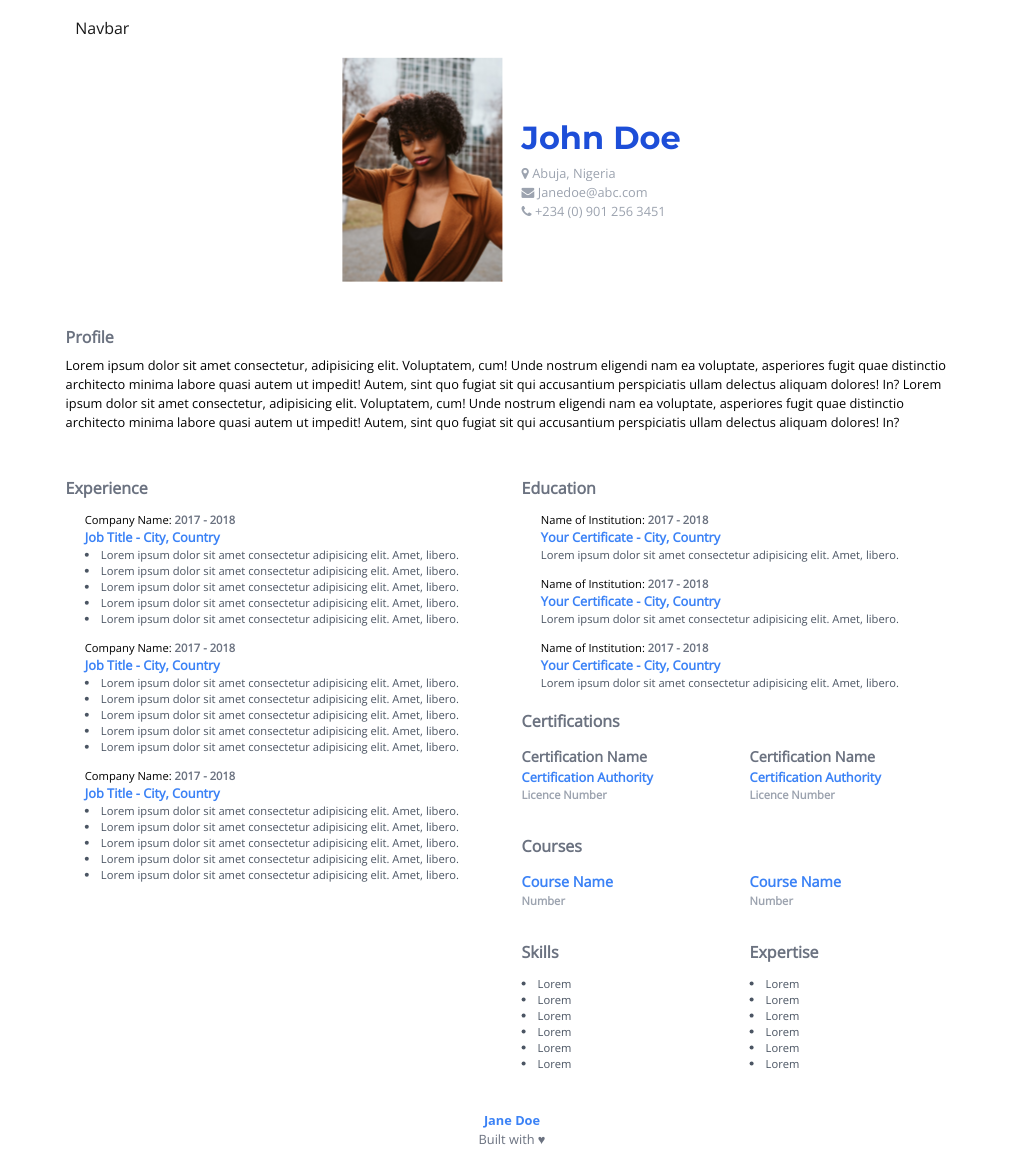
Repository: latenightsnacc/giggles
Page: HTML/CV.html
The author's editor kept a copy of each file at every save. The page is drawn from the files as they stood at one save, then again after the next save.
The browser window is 1280 px wide. The pictures show the whole page, at 80% of full size.
Some web libraries are served in a nearby version.

Above is the page before, as saved 2021-01-05 15:34:45.

### HTML/CV.html
<!DOCTYPE html>
<html lang="en">
<head>
    <meta charset="UTF-8">
    <meta name="viewport" content="width=device-width, initial-scale=1.0">
    <link href="https://cdnjs.cloudflare.com/ajax/libs/tailwindcss/2.0.2/tailwind.min.css" rel="stylesheet">
    <link rel="stylesheet" href="https://stackpath.bootstrapcdn.com/font-awesome/4.7.0/css/font-awesome.min.css" />
    <link href="https://cdn.jsdelivr.net/npm/bootstrap@5.0.0-beta1/dist/css/bootstrap.min.css" rel="stylesheet" integrity="sha384-giJF6kkoqNQ00vy+HMDP7azOuL0xtbfIcaT9wjKHr8RbDVddVHyTfAAsrekwKmP1" crossorigin="anonymous">
    <link rel="stylesheet" href="stylesheet.css">
    <title>CV Page</title>
</head>
<body class="overflow-x-hidden">
    <!--Navigation-->
    <header class="container">
        <nav class="navbar navbar-expand-lg navbar-light bg-white py-3">
            <div class="container-fluid">
              <a class="navbar-brand" href="search.html">Navbar</a>
              <button class="navbar-toggler" type="button" data-bs-toggle="collapse" data-bs-target="#navbarNavDropdown" aria-controls="navbarNavDropdown" aria-expanded="false" aria-label="Toggle navigation">
                <span class="navbar-toggler-icon"></span>
              </button>
              <div class="collapse navbar-collapse" id="navbarNavDropdown">

              </div>
            </div>
        </nav>
    </header>
    <main>
        <!--Basic Profile-->
        <div class="container">
            <div class="row flex items-center">
                <div class="col-xs-6 col-sm-6 col-md-6 col-lg-6 col-xl-6">
                    <div>
                        <img class="mx-auto md:float-right" src="assets/userDp.jpg" style="width:200px" alt="profile picture">
                    </div>
                </div>
                <div class="col-xs-6 col-sm-6 col-md-6 col-lg-6 col-xl-6">
                    <div class="flex flex-col justify-items-center  my-2 md:my-0 md:justify-items-start">
                        <h1 class="font-bold text-blue-700">John Doe</h1>
                        <li class="list-none text-gray-400">
                            <i class="fa fa-map-marker"></i>
                            Abuja, Nigeria
                        </li>
                        <li class="list-none text-gray-400">
                            <i class="fa fa-envelope"></i>
                            Janedoe@abc.com
                        </li>
                        <li class="list-none text-gray-400">
                            <i class="fa fa-phone"></i>
                            +234 (0) 901 256 3451
                        </li>
                    </div>
                </div>
            </div>
        </div>

        <div class="container my-5">
            <div class="text-gray-500 font-semibold text-xl py-2">Profile</div>
            <p class="text-md text-black">Lorem ipsum dolor sit amet consectetur, adipisicing elit. Voluptatem, cum! Unde nostrum eligendi nam ea voluptate, asperiores fugit quae distinctio architecto minima labore quasi autem ut impedit! Autem, sint quo fugiat sit qui accusantium perspiciatis ullam delectus aliquam dolores! In? Lorem ipsum dolor sit amet consectetur, adipisicing elit. Voluptatem, cum! Unde nostrum eligendi nam ea voluptate, asperiores fugit quae distinctio architecto minima labore quasi autem ut impedit! Autem, sint quo fugiat sit qui accusantium perspiciatis ullam delectus aliquam dolores! In?</p>
        </div>

        <div class="container my-5">
            <div class="row">
                <div class="col-xs-12 col-sm-12 col-md-12 col-lg-6 col-xl-6">
                    <div class="text-gray-500 font-semibold text-xl py-2">Experience</div>
                    <div class="container-sm my-2">
                        <div class="text-black text-sm">Company Name: <span class="text-gray-500 font-semibold">2017 - 2018</span></div>
                        <div class="font-bold text-md text-blue-500">Job Title - City, Country</div>
                        <li class="text-sm text-gray-600">Lorem ipsum dolor sit amet consectetur adipisicing elit. Amet, libero.</li>
                        <li class="text-sm text-gray-600">Lorem ipsum dolor sit amet consectetur adipisicing elit. Amet, libero.</li>
                        <li class="text-sm text-gray-600">Lorem ipsum dolor sit amet consectetur adipisicing elit. Amet, libero.</li>
                        <li class="text-sm text-gray-600">Lorem ipsum dolor sit amet consectetur adipisicing elit. Amet, libero.</li>
                        <li class="text-sm text-gray-600">Lorem ipsum dolor sit amet consectetur adipisicing elit. Amet, libero.</li>
                    </div>
                    <div class="container-sm my-3">
                        <div class="text-black text-sm">Company Name: <span class="text-gray-500 font-semibold">2017 - 2018</span></div>
                        <div class="font-bold text-md text-blue-500">Job Title - City, Country</div>
                        <li class="text-sm text-gray-600">Lorem ipsum dolor sit amet consectetur adipisicing elit. Amet, libero.</li>
                        <li class="text-sm text-gray-600">Lorem ipsum dolor sit amet consectetur adipisicing elit. Amet, libero.</li>
                        <li class="text-sm text-gray-600">Lorem ipsum dolor sit amet consectetur adipisicing elit. Amet, libero.</li>
                        <li class="text-sm text-gray-600">Lorem ipsum dolor sit amet consectetur adipisicing elit. Amet, libero.</li>
                        <li class="text-sm text-gray-600">Lorem ipsum dolor sit amet consectetur adipisicing elit. Amet, libero.</li>
                    </div>
                    <div class="container-sm my-3">
                        <div class="text-black text-sm">Company Name: <span class="text-gray-500 font-semibold">2017 - 2018</span></div>
                        <div class="font-bold text-md text-blue-500">Job Title - City, Country</div>
                        <li class="text-sm text-gray-600">Lorem ipsum dolor sit amet consectetur adipisicing elit. Amet, libero.</li>
                        <li class="text-sm text-gray-600">Lorem ipsum dolor sit amet consectetur adipisicing elit. Amet, libero.</li>
                        <li class="text-sm text-gray-600">Lorem ipsum dolor sit amet consectetur adipisicing elit. Amet, libero.</li>
                        <li class="text-sm text-gray-600">Lorem ipsum dolor sit amet consectetur adipisicing elit. Amet, libero.</li>
                        <li class="text-sm text-gray-600">Lorem ipsum dolor sit amet consectetur adipisicing elit. Amet, libero.</li>
                    </div>
                </div>
                <div class="col-xs-12 col-sm-12 col-md-12 col-lg-6 col-xl-6">
                    <div class="text-gray-500 font-semibold text-xl py-2">Education</div>
                    <div class="container-sm my-2">
                        <div class="text-black text-sm">Name of Institution: <span class="text-gray-500 font-semibold"> 2017 - 2018</span></div>
                        <div class="font-bold text-md text-blue-500">Your Certificate - City, Country</div>
                        <p class="text-sm text-gray-600">Lorem ipsum dolor sit amet consectetur adipisicing elit. Amet, libero.</p>
                    </div>
                    <div class="container-sm my-2">
                        <div class="text-black text-sm">Name of Institution: <span class="text-gray-500 font-semibold"> 2017 - 2018</span></div>
                        <div class="font-bold text-md text-blue-500">Your Certificate - City, Country</div>
                        <p class="text-sm text-gray-600">Lorem ipsum dolor sit amet consectetur adipisicing elit. Amet, libero.</p>
                    </div>
                    <div class="container-sm my-2">
                        <div class="text-black text-sm">Name of Institution: <span class="text-gray-500 font-semibold"> 2017 - 2018</span></div>
                        <div class="font-bold text-md text-blue-500">Your Certificate - City, Country</div>
                        <p class="text-sm text-gray-600">Lorem ipsum dolor sit amet consectetur adipisicing elit. Amet, libero.</p>
                    </div>
                    <div class="text-gray-500 font-semibold text-xl py-2 mt-3 mb-2">Certifications</div>
                    <div class="row">
                        <div class="col-xs-6 col-sm-6 col-md-6 col-lg-6 col-xl-6">
                            <div class="text-gray-500 font-semibold text-lg">Certification Name</div>
                            <div class="font-bold text-md text-blue-500">Certification Authority</div>
                            <p class="font-semibold text-sm text-gray-400">Licence Number</p>
                        </div>
                        <div class="col-xs-6 col-sm-6 col-md-6 col-lg-6 col-xl-6">
                            <div class="text-gray-500 font-semibold text-lg">Certification Name</div>
                            <div class="font-bold text-md text-blue-500">Certification Authority</div>
                            <p class="font-semibold text-sm text-gray-400">Licence Number</p>
                        </div>
                    </div>
                    <div class="text-gray-500 font-semibold text-xl py-2 mt-3 mb-2">Courses</div>
                    <div class="row">
                        <div class="col-xs-6 col-sm-6 col-md-6 col-lg-6 col-xl-6">
                            <div class="text-blue-500 font-semibold text-lg">Course Name</div>
                            <p class="font-semibold text-sm text-gray-400">Number</p>
                        </div>
                        <div class="col-xs-6 col-sm-6 col-md-6 col-lg-6 col-xl-6">
                            <div class="text-blue-500 font-semibold text-lg">Course Name</div>
                            <p class="font-semibold text-sm text-gray-400">Number</p>
                        </div>
                    </div>
                    <div class="row">
                        <div class="col-xs-6 col-sm-6 col-md-6 col-lg-6 col-xl-6">
                            <div class="text-gray-500 font-semibold text-xl py-2 mt-3 mb-2">Skills</div>
                            <li class="text-sm text-gray-600">Lorem</li>
                            <li class="text-sm text-gray-600">Lorem</li>
                            <li class="text-sm text-gray-600">Lorem</li>
                            <li class="text-sm text-gray-600">Lorem</li>
                            <li class="text-sm text-gray-600">Lorem</li>
                            <li class="text-sm text-gray-600">Lorem</li>

                        </div>
                        <div class="col-xs-6 col-sm-6 col-md-6 col-lg-6 col-xl-6">
                            <div class="text-gray-500 font-semibold text-xl py-2 mt-3 mb-2">Expertise</div>
                            <li class="text-sm text-gray-600">Lorem</li>
                            <li class="text-sm text-gray-600">Lorem</li>
                            <li class="text-sm text-gray-600">Lorem</li>
                            <li class="text-sm text-gray-600">Lorem</li>
                            <li class="text-sm text-gray-600">Lorem</li>
                            <li class="text-sm text-gray-600">Lorem</li>
                        </div>
                    </div>

                </div>
            </div>
        </div>
    </main>
    <footer class="text-center text-l text-blue-500 font-semibold">
        Jane Doe
        <p class="text-gray-500">Built with &hearts;</p>
    </footer>

    <script src="https://cdn.jsdelivr.net/npm/bootstrap@5.0.0-beta1/dist/js/bootstrap.bundle.min.js" integrity="sha384-ygbV9kiqUc6oa4msXn9868pTtWMgiQaeYH7/t7LECLbyPA2x65Kgf80OJFdroafW" crossorigin="anonymous"></script>

</body>
</html>

### HTML/stylesheet.css
@import url('https://fonts.googleapis.com/css2?family=Montserrat:wght@400;700&family=Open+Sans:wght@300;400&display=swap');

h1, h2, h3, h4, h5, h6 {
    font-family: 'Montserrat', sans-serif;
}
.user-info h1 {
    line-height: 60px;
    font-size: 50px;
    font-weight: 700;
    margin-top: 20px;
}
.user-info h2 {
    line-height: 27px;
    font-size: 18px;
    font-weight: 400;
    margin-top: 15px;
}
.user-info span {
    line-height: 36px;
    font-size: 30px;
    font-weight: 600;
}
.user-info p {
    margin: 5px 0;
}
.user-info button {
    margin-top: 10px;
}
p, div, a, button {
    font-family: 'Open Sans', sans-serif;
    font-weight: 300;
}

.work-experience .row:hover .text {
    border:2px solid  #3b82f6;

}
.work-experience .row:hover .flex .no {
    border:1px solid #3b82f6;

}
.nav-link {
    color: #3b82f6 !important;
}
.nav-item .active{
    font-weight: 600;
}

After the next save:
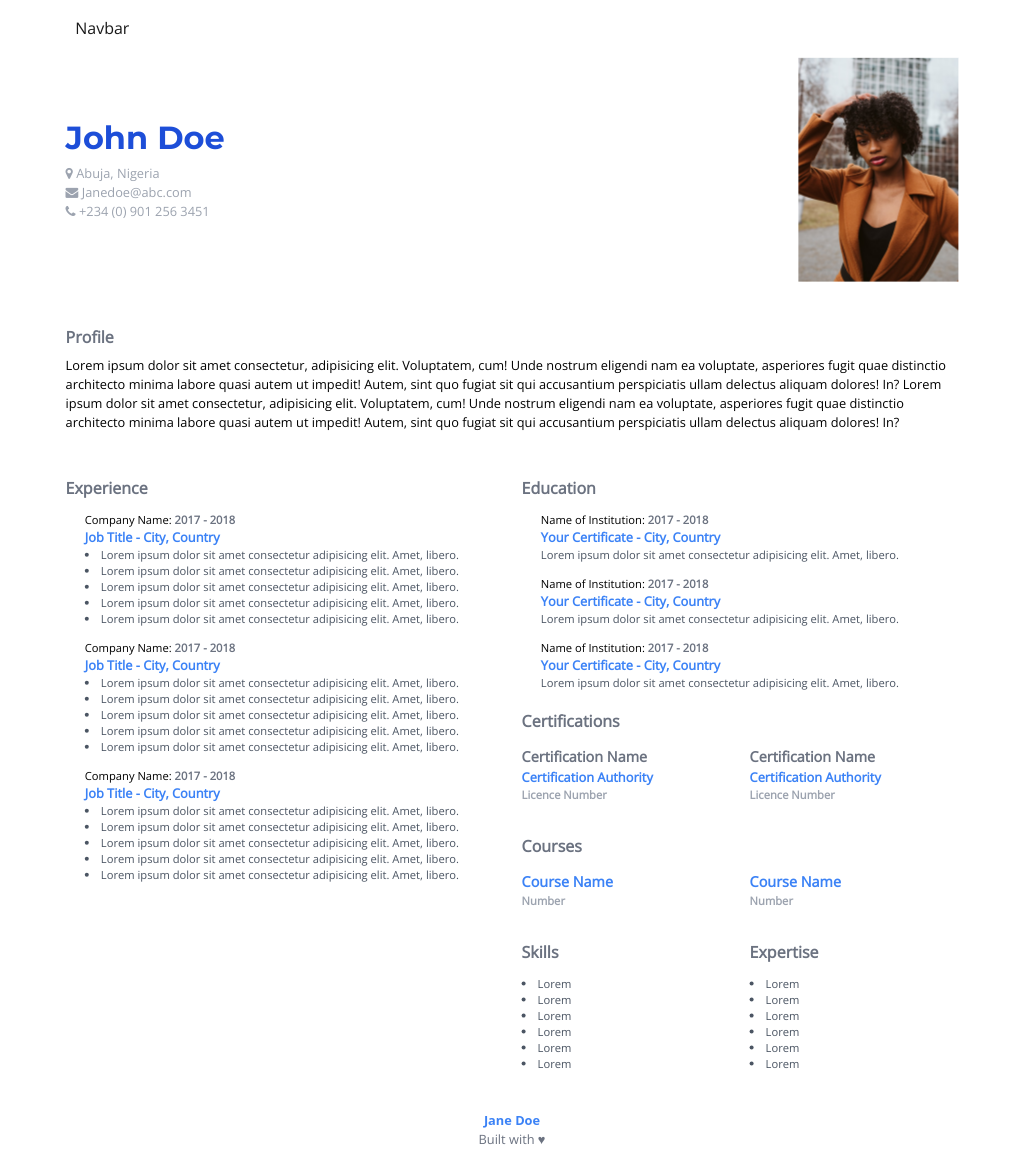
Saved 20 s later.
--- a/HTML/CV.html
+++ b/HTML/CV.html
@@ -29,11 +29,6 @@
         <div class="container">
             <div class="row flex items-center">
                 <div class="col-xs-6 col-sm-6 col-md-6 col-lg-6 col-xl-6">
-                    <div>
-                        <img class="mx-auto md:float-right" src="assets/userDp.jpg" style="width:200px" alt="profile picture">
-                    </div>
-                </div>
-                <div class="col-xs-6 col-sm-6 col-md-6 col-lg-6 col-xl-6">
                     <div class="flex flex-col justify-items-center  my-2 md:my-0 md:justify-items-start">
                         <h1 class="font-bold text-blue-700">John Doe</h1>
                         <li class="list-none text-gray-400">
@@ -50,6 +45,12 @@
                         </li>
                     </div>
                 </div>
+                <div class="col-xs-6 col-sm-6 col-md-6 col-lg-6 col-xl-6">
+                    <div>
+                        <img class="mx-auto md:float-right" src="assets/userDp.jpg" style="width:200px" alt="profile picture">
+                    </div>
+                </div>
+
             </div>
         </div>
 
